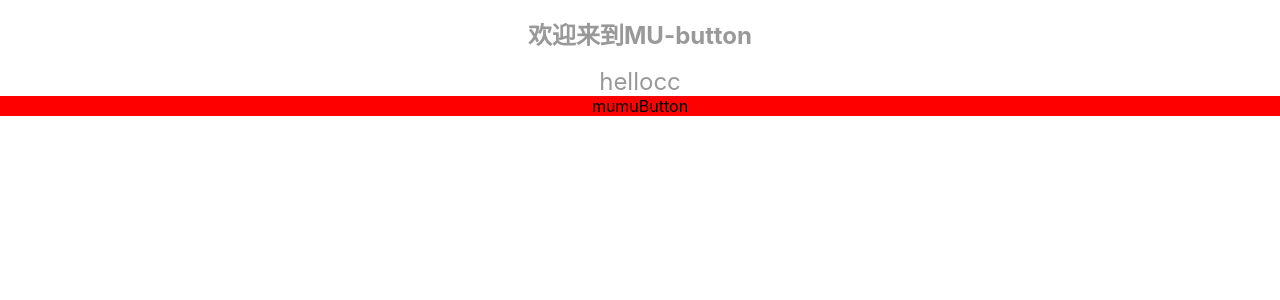
Repository: HuoXiaoYe/huoxiaoye_mumu
Page: /
The author's editor kept a copy of each file at every save. The page is drawn from the files as they stood at one save, then again after the next save.
The browser window is 1280 px wide. The pictures show the whole page.
The project was rebuilt for these pictures with package versions that can differ from the ones it lists, and the page was loaded fresh each time.

Above is the page before, as saved 2020-07-04 13:09:49.

After the next save:
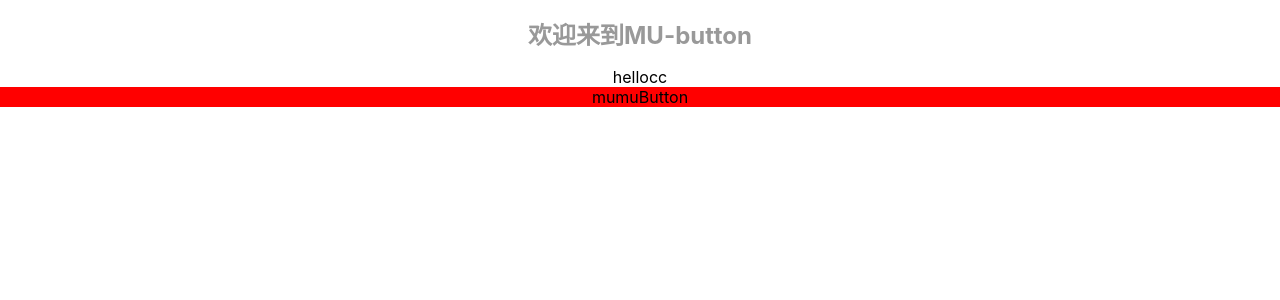
Saved 18 s later.
--- a/src/pages/title/index.less
+++ b/src/pages/title/index.less
@@ -1,4 +1,6 @@
 .title-wrap{
-    font-size: 24px;
-    color: #999;
+    .first-level{
+        font-size: 24px;
+        color: #999;
+    }
 }

After the 5 saves that followed:
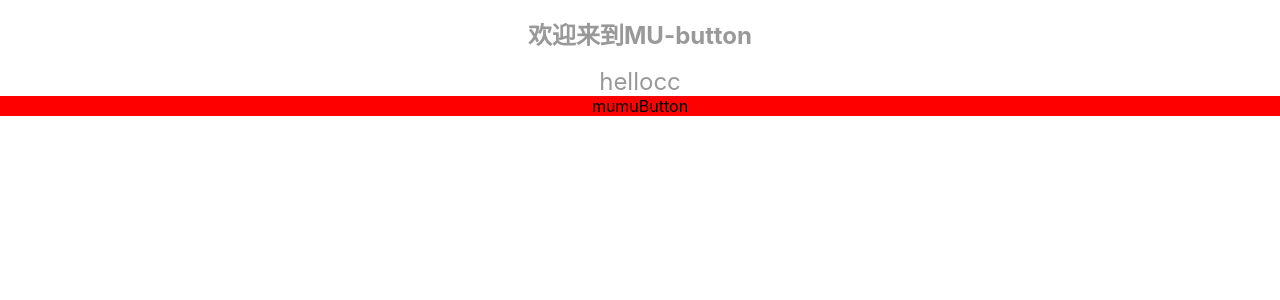
The 5 saves are shown as one change because 4 left the picture as it was.
The last was saved 60 s later.
--- a/src/pages/title/index.less
+++ b/src/pages/title/index.less
@@ -1,6 +1,11 @@
 .title-wrap{
-    .first-level{
+    .firse-level{
         font-size: 24px;
         color: #999;
     }
+    .second-level{
+        font-size:16px;
+        color: #999;
+        text-align: left;
+    }
 }
